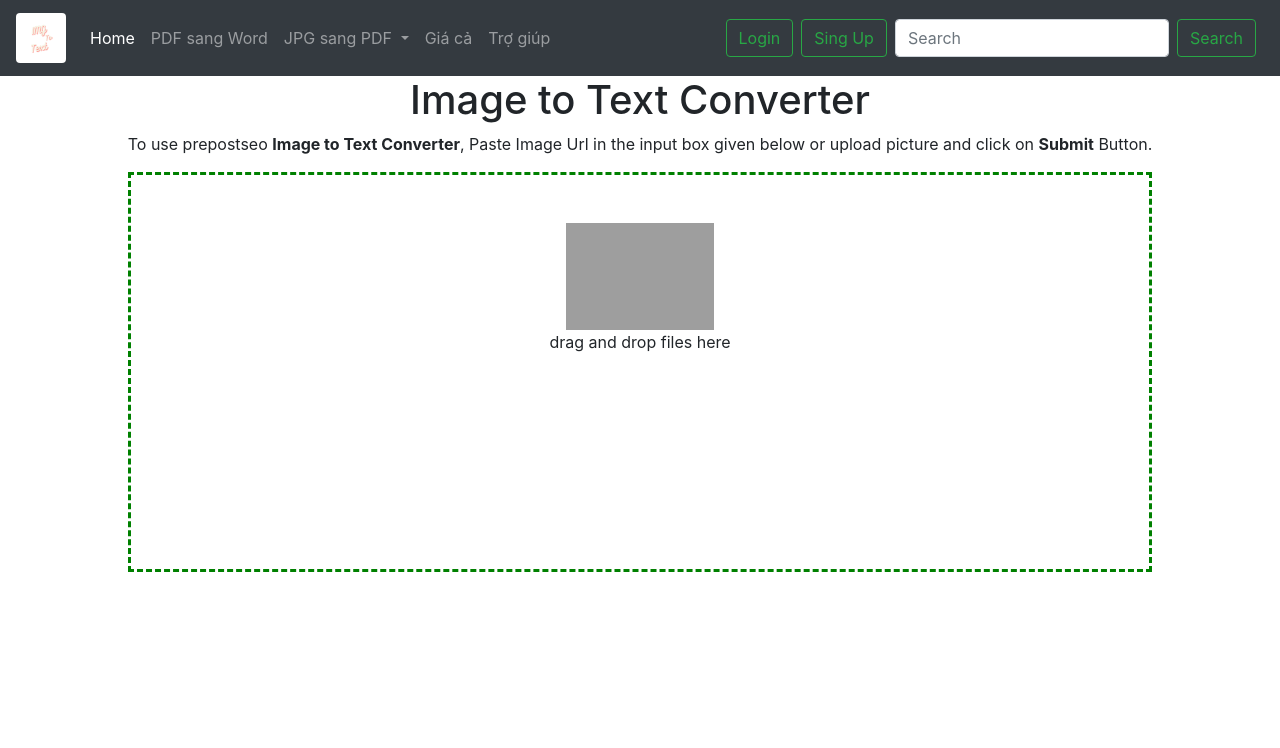
Repository: Tung1227/PBL6-2022
Page: index.html
An editor plug-in stored every save of this project. The page is shown before and after the next save, followed by the edit.
The browser window is 1280 px wide. The pictures show the whole page.
Pictures or frames that could not be fetched are drawn as grey boxes.

Above is the page before, as saved 2022-09-16 21:02:03.

### index.html
<!doctype html>
<html lang="en">

<head>
    <title>Title</title>
    <!-- Required meta tags -->
    <meta charset="utf-8">
    <meta name="viewport" content="width=device-width, initial-scale=1, shrink-to-fit=no">

    <!-- Bootstrap CSS -->
    <link rel="stylesheet" href="https://stackpath.bootstrapcdn.com/bootstrap/4.3.1/css/bootstrap.min.css"
        integrity="sha384-ggOyR0iXCbMQv3Xipma34MD+dH/1fQ784/j6cY/iJTQUOhcWr7x9JvoRxT2MZw1T" crossorigin="anonymous">
    <link rel="stylesheet" href="public/css/index.css">
</head>

<body>
    <nav class="navbar navbar-expand-lg navbar-dark bg-dark">
        <a class="navbar-brand" href="#">
            <img class="rounded" src="public/img/logo.png" width="50" height="50" alt="">
        </a>
        <button class="navbar-toggler" type="button" data-toggle="collapse" data-target="#navbarSupportedContent"
            aria-controls="navbarSupportedContent" aria-expanded="false" aria-label="Toggle navigation">
            <span class="navbar-toggler-icon"></span>
        </button>

        <div class="collapse navbar-collapse" id="navbarSupportedContent">
            <ul class="navbar-nav mr-auto">
                <li class="nav-item active">
                    <a class="nav-link" href="#">Home <span class="sr-only">(current)</span></a>
                </li>
                <li class="nav-item">
                    <a class="nav-link" href="#">PDF sang Word</a>
                </li>
                <li class="nav-item dropdown">
                    <a class="nav-link dropdown-toggle" href="#" id="navbarDropdown" role="button"
                        data-toggle="dropdown" aria-haspopup="true" aria-expanded="false">
                        JPG sang PDF
                    </a>
                    <div class="dropdown-menu" aria-labelledby="navbarDropdown">
                        <a class="dropdown-item" href="#">Action</a>
                        <a class="dropdown-item" href="#">Another action</a>
                        <div class="dropdown-divider"></div>
                        <a class="dropdown-item" href="#">Something else here</a>
                    </div>
                </li>
                <li class="nav-item">
                    <a class="nav-link" href="#">Giá cả</a>
                </li>
                <li class="nav-item">
                    <a class="nav-link" href="#">Trợ giúp</a>
                </li>
            </ul>
            <form class="form-inline my-2 my-lg-0 ">
                <button class="btn btn-outline-success my-2 my-sm-0 mr-sm-2" type="submit">Login</button>
                <button class="btn btn-outline-success my-2 my-sm-0 mr-sm-2" type="submit">Sing Up</button>
                <input class="form-control mr-sm-2" type="search" placeholder="Search" aria-label="Search">
                <button class="btn btn-outline-success my-2 my-sm-0 mr-sm-2" type="submit">Search</button>
            </form>
        </div>
    </nav>
    <div class="container d-flex justify-content-center mt-100">
        <div class="row">
            <div class="col-xs-1-12 text-center">
                <h1 class="">Image to Text Converter</h1>
                <p class="text16">To use prepostseo <strong>Image to Text Converter</strong>, Paste Image Url in the
                    input
                    box given below or upload picture and click on <strong>Submit</strong> Button.</p>
                <div class="file-drop-area">
                    <div class="pt-5">
                        <span class="svg_block">
                            <img src="https://www.prepostseo.com/imgs/upload-icon.png" width="148" height="107"
                                alt="uploader">
                        </span>
                    </div>
                    <!-- <span class="choose-file-button">Choose files</span> -->
                    <span class="file-message">drag and drop files here</span>
                    <input class="file-input" type="file" multiple>
                </div>
            </div>
        </div>
    </div>
    <!-- Optional JavaScript -->
    <!-- jQuery first, then Popper.js, then Bootstrap JS -->
    <script src="https://code.jquery.com/jquery-3.3.1.slim.min.js"
        integrity="sha384-q8i/X+965DzO0rT7abK41JStQIAqVgRVzpbzo5smXKp4YfRvH+8abtTE1Pi6jizo"
        crossorigin="anonymous"></script>
    <script src="https://cdnjs.cloudflare.com/ajax/libs/popper.js/1.14.7/umd/popper.min.js"
        integrity="sha384-UO2eT0CpHqdSJQ6hJty5KVphtPhzWj9WO1clHTMGa3JDZwrnQq4sF86dIHNDz0W1"
        crossorigin="anonymous"></script>
    <script src="https://stackpath.bootstrapcdn.com/bootstrap/4.3.1/js/bootstrap.min.js"
        integrity="sha384-JjSmVgyd0p3pXB1rRibZUAYoIIy6OrQ6VrjIEaFf/nJGzIxFDsf4x0xIM+B07jRM"
        crossorigin="anonymous"></script>
</body>

</html>

### public/css/index.css
* {
    padding: 0px;
    margin: 0px;
}

.file-drop-area {
    border: dashed green;
    height: 400px;
}

.file-input {
    height: 100%;
    width: 100%;
    cursor: pointer;
    opacity: 0;
}

.choose-file-button {
    flex-shrink: 0;
    background-color: rgba(255, 255, 255, 0.04);
    border: 1px solid rgba(255, 255, 255, 0.1);
    border-radius: 3px;
    padding: 8px 15px;
    margin-right: 10px;
    font-size: 12px;
    text-transform: uppercase;
}
.file-message{

}

After the next save:
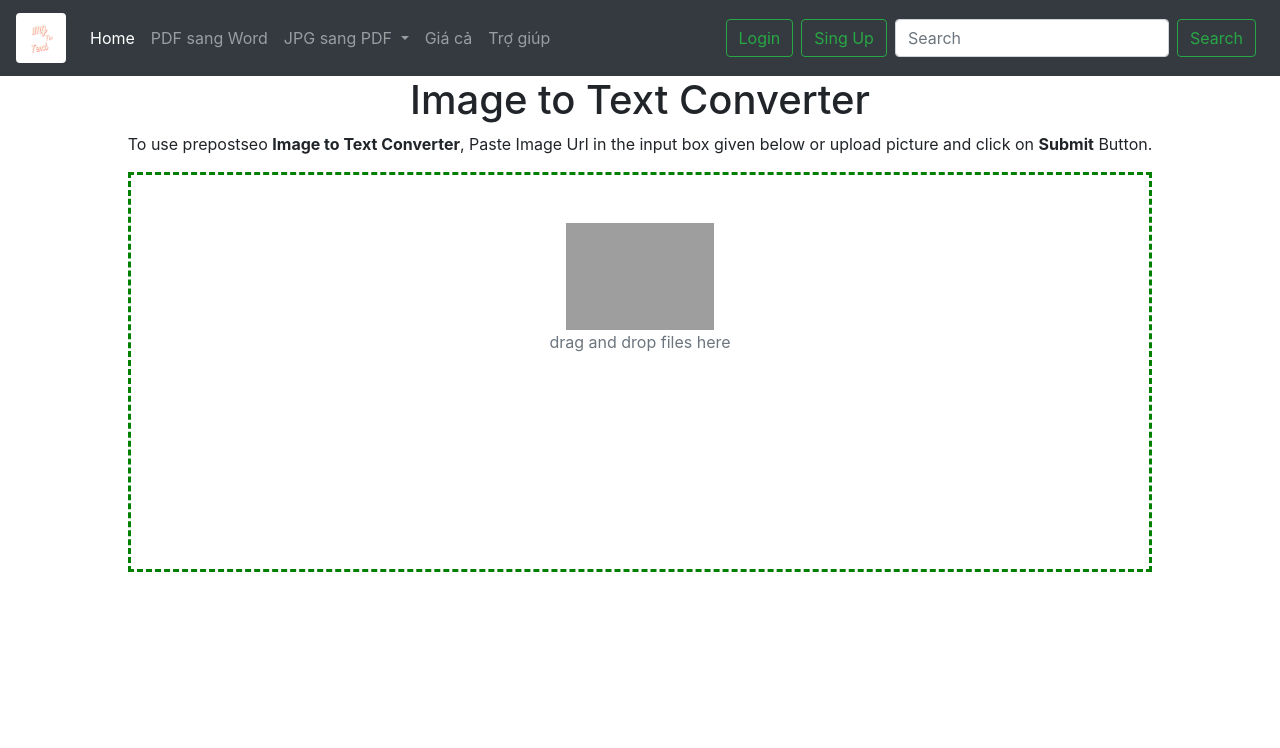
Saved 65 s later.
--- a/index.html
+++ b/index.html
@@ -73,7 +73,7 @@
                         </span>
                     </div>
                     <!-- <span class="choose-file-button">Choose files</span> -->
-                    <span class="file-message">drag and drop files here</span>
+                    <span class="file-message text-secondary">drag and drop files here</span>
                     <input class="file-input" type="file" multiple>
                 </div>
             </div>
